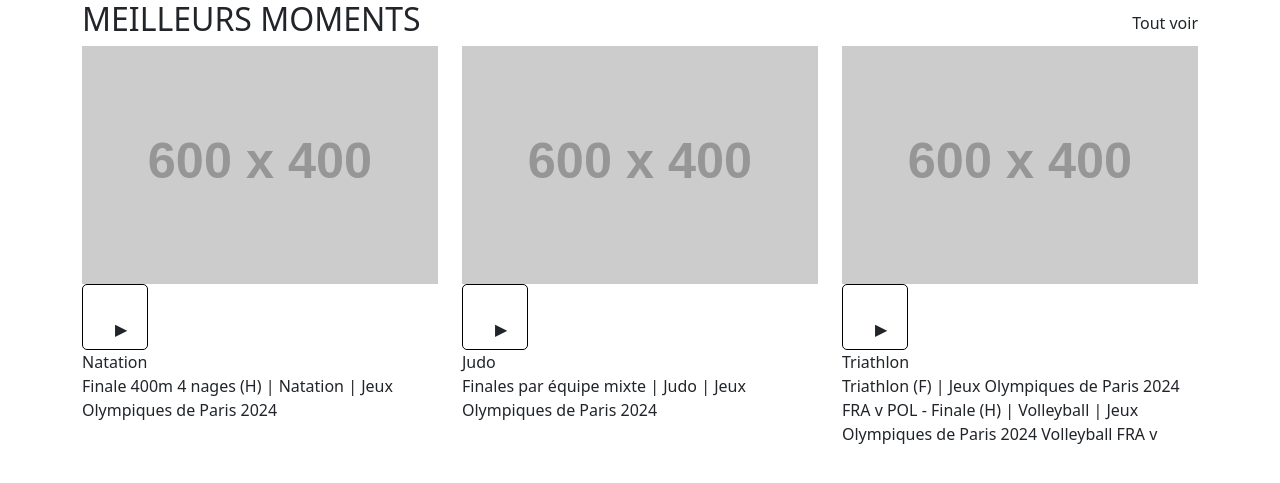
Repository: fbansept/ran3_24_jeu
Page: index.html
The author's editor kept a copy of each file at every save. The page is drawn from the files as they stood at one save, then again after the next save.
The browser window is 1280 px wide. The pictures show the whole page.

Above is the page before, as saved 2024-10-14 15:54:04.

### index.html
<!DOCTYPE html>
<html lang="en">
  <head>
    <meta charset="UTF-8" />
    <meta name="viewport" content="width=device-width, initial-scale=1.0" />
    <title>Document</title>
    <link
      href="https://cdn.jsdelivr.net/npm/bootstrap@5.3.3/dist/css/bootstrap.min.css"
      rel="stylesheet"
      integrity="sha384-QWTKZyjpPEjISv5WaRU9OFeRpok6YctnYmDr5pNlyT2bRjXh0JMhjY6hW+ALEwIH"
      crossorigin="anonymous"
    />
    <link rel="stylesheet" href="styles.css" />

    <script
      defer
      src="https://cdn.jsdelivr.net/npm/bootstrap@5.3.3/dist/js/bootstrap.bundle.min.js"
      integrity="sha384-YvpcrYf0tY3lHB60NNkmXc5s9fDVZLESaAA55NDzOxhy9GkcIdslK1eN7N6jIeHz"
      crossorigin="anonymous"
    ></script>
  </head>
  <body class="container">
    <main>
      <section>
        <header>
          <h2>MEILLEURS MOMENTS</h2>
          <span>Tout voir</span>
        </header>
        <div class="row row-cols-1 row-cols-md-3">
          <article class="col">
            <div class="image">
              <img src="https://placehold.co/600x400" alt="" />
              <div class="bouton-play"></div>
            </div>
            <span class="label">Natation</span>
            <p>
              Finale 400m 4 nages (H) | Natation | Jeux Olympiques de Paris 2024
            </p>
          </article>

          <article class="col">
            <div class="image">
              <img src="https://placehold.co/600x400" alt="" />
              <div class="bouton-play"></div>
            </div>
            <span class="label">Judo</span>
            <p>
              Finales par équipe mixte | Judo | Jeux Olympiques de Paris 2024
            </p>
          </article>

          <article class="col">
            <div class="image">
              <img src="https://placehold.co/600x400" alt="" />
              <div class="bouton-play"></div>
            </div>
            <span class="label">Triathlon</span>
            <p>
              Triathlon (F) | Jeux Olympiques de Paris 2024 FRA v POL - Finale
              (H) | Volleyball | Jeux Olympiques de Paris 2024 Volleyball FRA v
            </p>
          </article>
        </div>
      </section>
    </main>
  </body>
</html>

### styles.css
main > section > div > article > .image > img {
  object-fit: cover;
  width: 100%;
}

main > section > header {
  display: flex;
  justify-content: space-between;
  align-items: center;
}

main > section > div > article > .image > .bouton-play {
  padding: 2em;
  border-radius: 5px;
  border: 1px solid black;
  width: 20px;
  height: 20px;
}

main > section > div > article > .image > .bouton-play::after {
  content: "▶";
  font-family: helvetica;
}

After the next save:
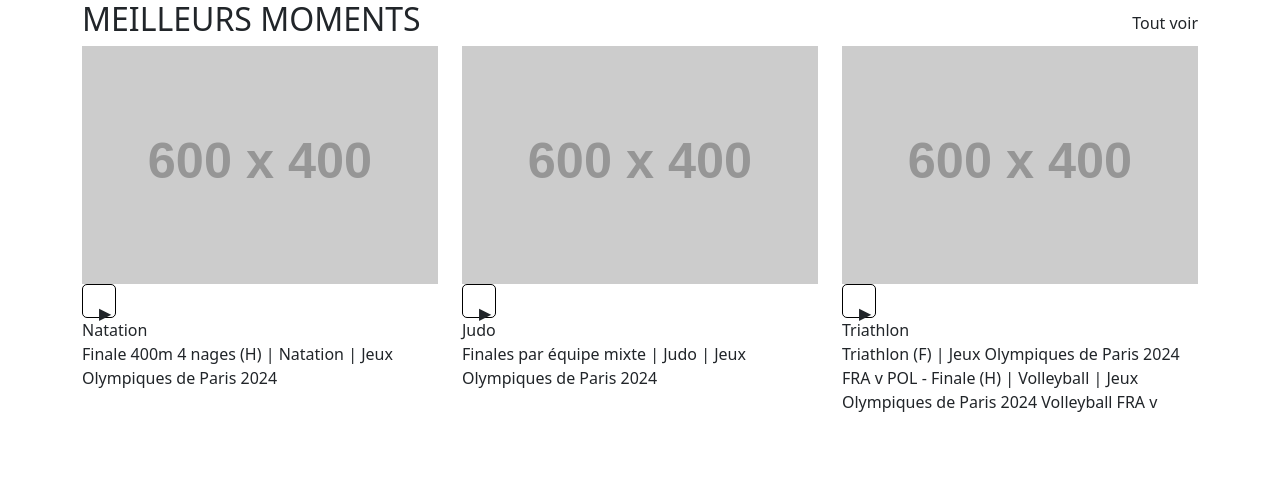
Saved 10 s later.
--- a/styles.css
+++ b/styles.css
@@ -10,7 +10,7 @@ main > section > header {
 }
 
 main > section > div > article > .image > .bouton-play {
-  padding: 2em;
+  padding: 1em;
   border-radius: 5px;
   border: 1px solid black;
   width: 20px;
